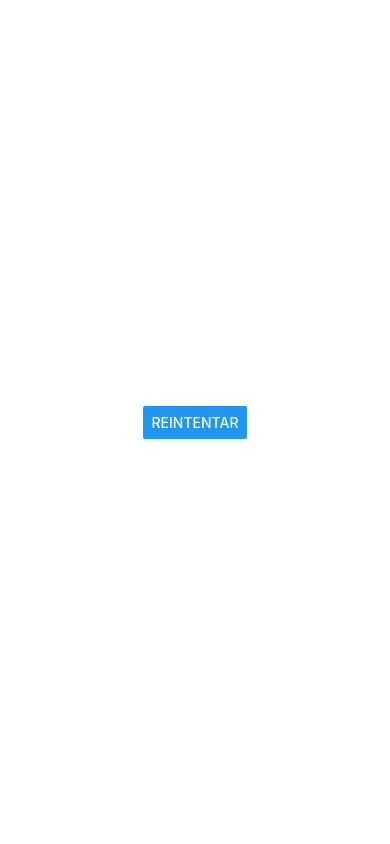
Repository: Meinuel/coin_gecko
Screen: /
An editor plug-in stored every save of this project. The screen is shown before and after a run of saves, followed by the edit.
The page's requests for data from a server got no answer. The app was drawn by React Native's web renderer in a window 390 px wide. The project was rebuilt for these pictures with package versions that can differ from the ones it lists, and the page was loaded fresh each time. Some packages were replaced by stand-ins written for this rebuild. No one was signed in, and anything a server would have sent is missing. Also part of the build but not shown: src/components/ListTile/style.js, src/components/ListTile/ListTile.js, src/components/ListContainer/style.js, src/components/ListContainer/ListContainer.js.

Above is the screen before, as saved 2022-05-11 13:11:49.

After the next 3 saves:
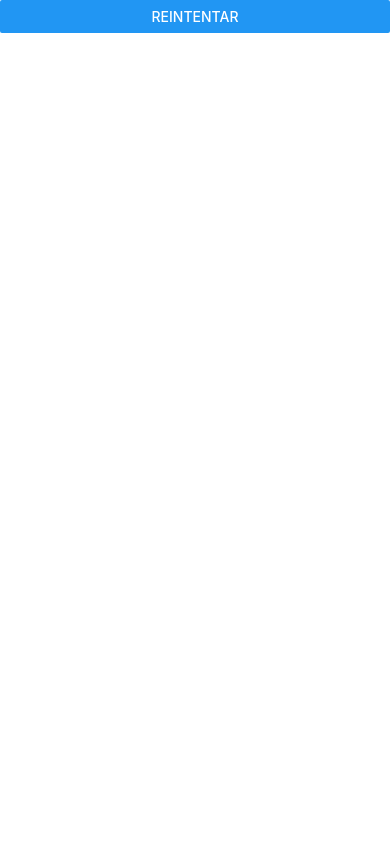
The 3 saves are shown as one change because 2 did not build or start.
The last was saved 78 s later.
--- a/App.js
+++ b/App.js
@@ -25,7 +25,7 @@
   }
 
   return (
-    <View style={styles.container}>
+    <View >
       {!hasError ?
         coins ? <ListContainer coins={coins} handleCoins={handleCoins}/> : <Text>Loading</Text> :
         <CoinButton title="Reintentar" callback={fetchCoins} />}
@@ -34,11 +34,11 @@
   );
 }
 
-const styles = StyleSheet.create({
-  container: {
-    flex: 1,
-    backgroundColor: '#fff',
-    alignItems: 'center',
-    justifyContent: 'center',
-  },
-});
+// const styles = StyleSheet.create({
+//   container: {
+//     flex: 1,
+//     backgroundColor: '#fff',
+//     alignItems: 'center',
+//     justifyContent: 'center',
+//   },
+// });

After the 2 saves that followed:
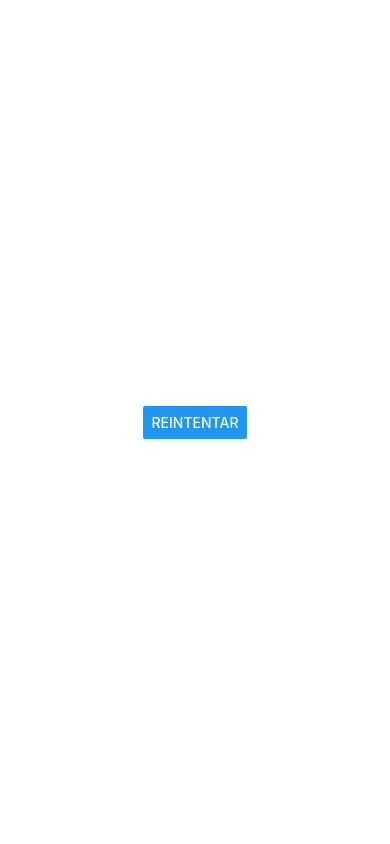
The 2 saves are shown as one change because 1 left the picture as it was.
The last was saved 68 s later.
--- a/App.js
+++ b/App.js
@@ -25,7 +25,7 @@
   }
 
   return (
-    <View >
+    <View style={styles.container}>
       {!hasError ?
         coins ? <ListContainer coins={coins} handleCoins={handleCoins}/> : <Text>Loading</Text> :
         <CoinButton title="Reintentar" callback={fetchCoins} />}
@@ -34,11 +34,11 @@
   );
 }
 
-// const styles = StyleSheet.create({
-//   container: {
-//     flex: 1,
-//     backgroundColor: '#fff',
-//     alignItems: 'center',
-//     justifyContent: 'center',
-//   },
-// });
+const styles = StyleSheet.create({
+  container: {
+    flex: 1,
+    backgroundColor: '#fff',
+    alignItems: 'center',
+    justifyContent: 'center',
+  },
+});
